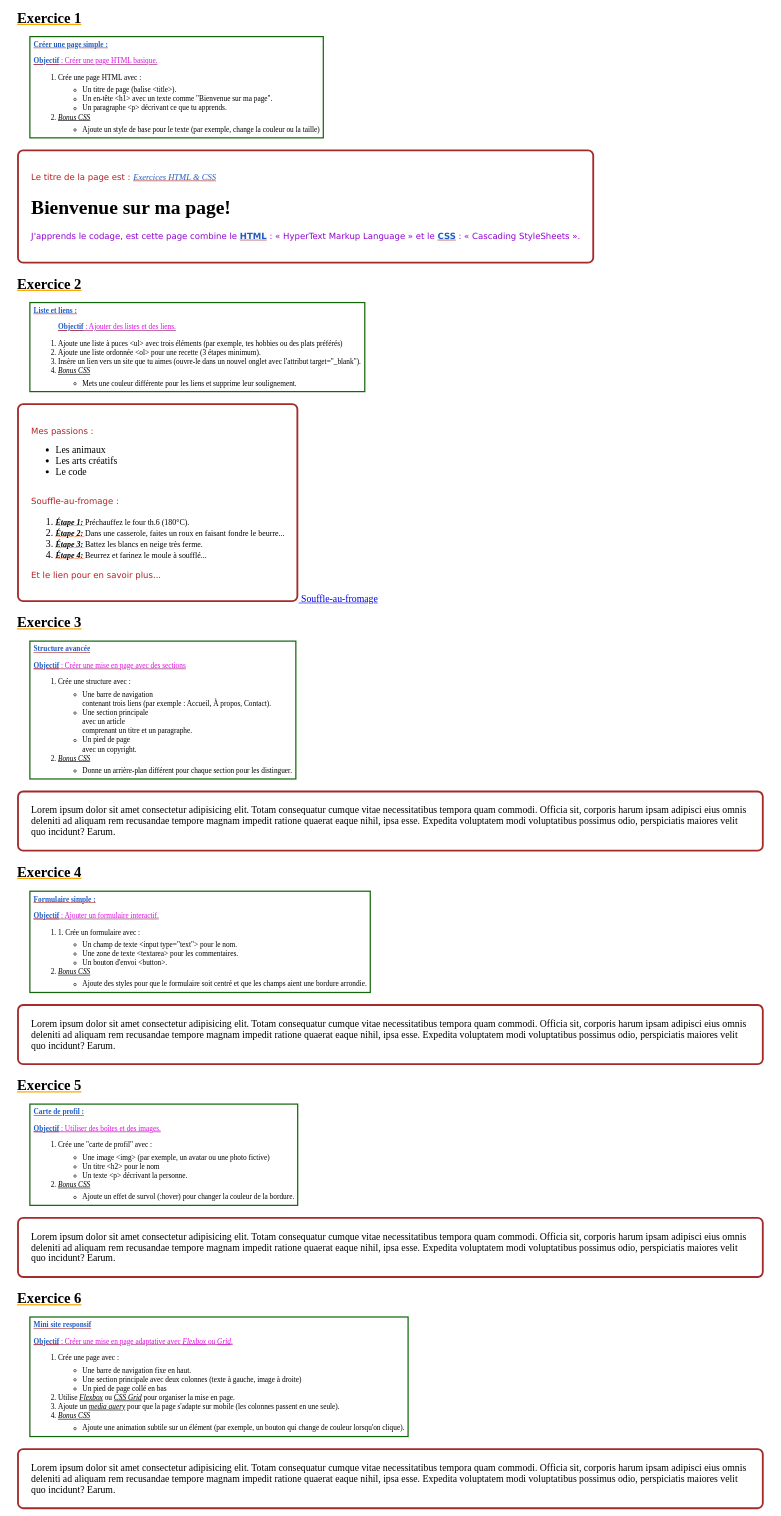
Repository: AnnaSpirit/Mimo_App
Page: Exercices_HTML&CSS.html
The author's editor kept a copy of each file at every save. The page is drawn from the files as they stood at one save, then again after the next save.
The browser window is 1280 px wide. The pictures show the whole page, at 61% of full size.

Above is the page before, as saved 2024-12-08 15:59:54.

### Exercices_HTML&CSS.html
<!DOCTYPE html>
<html lang="en">
<head>
    <meta charset="UTF-8">
    <meta name="viewport" content="width=device-width, initial-scale=1.0">
    <link rel="stylesheet" href="styleCSS.css">
    <title>Exercices HTML & CSS</title>
</head>
<body>
<div>
    <span class="Ex">
    <h1>Exercice 1</h1>
    <span class="Consigne"><b>Créer une page simple :</b><br>
        <p><b>Objectif</b> : Créer une page HTML basique.</p>
        <ol>
            <li>Crée une page HTML avec :
                <ul>
                    <li>Un titre de page (balise &lt;title&gt;).</li>
                    <li>Un en-tête &lt;h1&gt; avec un texte comme "Bienvenue sur ma page".</li>
                    <li>Un paragraphe &lt;p&gt; décrivant ce que tu apprends.</li>
                </ul>
            </li>
            <li><em>Bonus CSS</em>
                <ul>
                    <li>Ajoute un style de base pour le texte (par exemple, change la couleur ou la taille)</li>
                </ul>
            </li>
        </ol>
    </span>
    </span>
    <br>
    <br>
    <span class="Resultat">
        <div>
            <span>
                <p>Le titre de la page est : <em>Exercices HTML & CSS</em>
                <h1>Bienvenue sur ma page!</h1>
                <p id="apprend">
                    J'apprends le codage, est cette page combine le <b>HTML</b> : « HyperText Markup Language » et le <b>CSS</b> : « Cascading StyleSheets ».
                </p>
                </p>
            </span>
        </div>
    </span>

</div>
    <div>
        <span class="Ex">
        <h1>Exercice 2</h1>
        <span class="Consigne"><b>Liste et liens :</b>
        <ol>
            <p><b>Objectif</b> : Ajouter des listes et des liens.</p>
            <li>Ajoute une liste à puces &lt;ul&gt; avec trois éléments (par exemple, tes hobbies ou des plats préférés)</li>
            <li>Ajoute une liste ordonnée &lt;ol&gt; pour une recette (3 étapes minimum).</li>
            <li>Insère un lien <a> vers un site que tu aimes (ouvre-le dans un nouvel onglet avec l'attribut target="_blank").</li>
            <li><em>Bonus CSS</em>
                <ul>
                    <li>Mets une couleur différente pour les liens et supprime leur soulignement.</li>
                </ul>
            </li>
        </ol>
    </span>
    </span>
    <br>
    <br>
    <span class="Resultat">
        <p>Mes passions :</p>
        <ul>
            <li>Les animaux</li>
            <li>Les arts créatifs</li>
            <li>Le code</li>
        </ul><br>
        <p>Souffle-au-fromage :</p>
        <ol>
            <li><b class="etape">Étape 1: </b>
                <span class="a_faire">Préchauffez le four th.6 (180°C).</span>
            </li>
            <li><b class="etape">Étape 2: </b>
                <span class="a_faire">Dans une casserole, faites un roux en faisant fondre le beurre...</span>
            </li>
            <li><b class="etape">Étape 3: </b>
                <span class="a_faire">Battez les blancs en neige très ferme.</span>
            </li>
            <li><b class="etape">Étape 4: </b>
                <span class="a_faire">Beurrez et farinez le moule à soufflé...</span>
            </li>
        </ol>
        <p>
            <p>Et le lien pour en savoir plus...</p>
            <a href="https://www.cuisineaz.com/recettes/souffle-au-fromage-facile-et-rapide-50444.aspx#preparation" target="_blank">          Souffle-au-fromage</a></p>
        </p>
    </span>

    </div>
    <div>
        <span class="Ex">
        <h1>Exercice 3</h1>
        <span class="Consigne"><b>Structure avancée</b><br>
        <p><b>Objectif</b> : Créer une mise en page avec des sections</p>
        <ol>
            <li>Crée une structure avec :</li>
            <ul>
                <li>Une barre de navigation <nav> contenant trois liens (par exemple : Accueil, À propos, Contact).</li>
                <li>Une section principale <main> avec un article <article> comprenant un titre et un paragraphe.</li>
                <li>Un pied de page <footer> avec un copyright.</li>
            </ul>
            <li><em>Bonus CSS </em></li>
            <ul>
                <li>Donne un arrière-plan différent pour chaque section pour les distinguer.</li>
            </ul></li>
        </ol>
    </span>
    </span>
    <br>
    <br>
    <span class="Resultat">Lorem ipsum dolor sit amet consectetur adipisicing elit. Totam consequatur cumque vitae
        necessitatibus tempora quam commodi. Officia sit, corporis harum ipsam adipisci eius omnis deleniti ad aliquam rem
        recusandae tempore magnam impedit ratione quaerat eaque nihil, ipsa esse. Expedita voluptatem modi voluptatibus
        possimus odio, perspiciatis maiores velit quo incidunt? Earum.</span>
    </div>
    <div>
        <span class="Ex">
        <h1>Exercice 4</h1>
    <span class="Consigne"><b>Formulaire simple :</b><br>
        <p><b>Objectif</b> : Ajouter un formulaire interactif.</p>
        <ol>
            <li>1. Crée un formulaire avec :</li>
                <ul>
                    <li>Un champ de texte &lt;input type="text"&gt; pour le nom.</li>
                    <li>Une zone de texte &lt;textarea&gt; pour les commentaires.</li>
                    <li>Un bouton d'envoi &lt;button&gt;.</li>
                </ul>
            </li>
            <li><em>Bonus CSS</em>
                <ul>
                    <li>Ajoute des styles pour que le formulaire soit centré et que les champs aient une bordure arrondie.</li>
                </ul>
            </li>
        </ol>
        </span>
        </span>
        <br>
        <br>
        <span class="Resultat">Lorem ipsum dolor sit amet consectetur adipisicing elit. Totam consequatur cumque vitae
            necessitatibus tempora quam commodi. Officia sit, corporis harum ipsam adipisci eius omnis deleniti ad aliquam rem
            recusandae tempore magnam impedit ratione quaerat eaque nihil, ipsa esse. Expedita voluptatem modi voluptatibus
            possimus odio, perspiciatis maiores velit quo incidunt? Earum.</span>
        </div>
    </div>
    <div>
        <span class="Ex">
        <h1>Exercice 5</h1>
        <span class="Consigne"><b>Carte de profil :</b><br>
            <p><b>Objectif</b> : Utiliser des boîtes et des images.</p>
            <ol>
                <li>Crée une "carte de profil" avec :</li>
                    <ul>
                        <li>Une image &lt;img&gt; (par exemple, un avatar ou une photo fictive)</li>
                    <li>Un titre &lt;h2&gt; pour le nom</li>
                    <li>Un texte &lt;p&gt; décrivant la personne.</li>
                    </ul>
                <li><em>Bonus CSS</em></li>
                    <ul><li>Ajoute un effet de survol (:hover) pour changer la couleur de la bordure.</li></ul>
                </li>
            </ol>
            </span>
            </span>
            <br>
            <br>
            <span class="Resultat">Lorem ipsum dolor sit amet consectetur adipisicing elit. Totam consequatur cumque vitae
                necessitatibus tempora quam commodi. Officia sit, corporis harum ipsam adipisci eius omnis deleniti ad aliquam rem
                recusandae tempore magnam impedit ratione quaerat eaque nihil, ipsa esse. Expedita voluptatem modi voluptatibus
                possimus odio, perspiciatis maiores velit quo incidunt? Earum.</span>
    </div>
    <div>
        <span class="Ex">
        <h1>Exercice 6</h1>
    <span class="Consigne"><b>Mini site responsif</b><br>
        <p><b>Objectif</b> : Créer une mise en page adaptative avec <em class="select">Flexbox</em> ou <em class="select">Grid</em>.
    <ol>
        <li>Crée une page avec :</li>
            <ul>
                <li>Une barre de navigation fixe en haut.</li>
                <li>Une section principale avec deux colonnes (texte à gauche, image à droite)</li>
                <li>Un pied de page collé en bas</li>
            </ul>
        </li>
        <li>Utilise <em class="select">Flexbox</em> ou <em class="select">CSS Grid</em> pour organiser la mise en page.</li>
        <li>Ajoute un <em class="select">media query</em> pour que la page s'adapte sur mobile (les colonnes passent en une seule).</li>
        <li><em>Bonus CSS</em>
            <ul>
                <li>Ajoute une animation subtile sur un élément (par exemple, un bouton qui change de couleur lorsqu'on clique).</li>
            </ul>
        </li>
    </ol>
    </span>
    </span>
    <br>
    <br>
    <span class="Resultat">Lorem ipsum dolor sit amet consectetur adipisicing elit. Totam consequatur cumque vitae
        necessitatibus tempora quam commodi. Officia sit, corporis harum ipsam adipisci eius omnis deleniti ad aliquam rem
        recusandae tempore magnam impedit ratione quaerat eaque nihil, ipsa esse. Expedita voluptatem modi voluptatibus
        possimus odio, perspiciatis maiores velit quo incidunt? Earum.</span>
    </div>
</body>
</html>

### styleCSS.css
html{
    margin: 0 20px 0 20px;
}
.Ex{
    font-size: 12px;
}
.Ex h1{
    font-weight: bold;
    font-size: x-large;
    text-decoration: underline orange;
}
.Ex .Consigne{
    border: 2px solid rgb(18, 103, 10);
        /* Une bordure noire de 2px */
    padding: 5px;
        /* Espace entre le texte et la bordure */
    display: inline-block;
        /* S'assurer que la bordure s'adapte au texte */
    margin: 0 20px;
            /* Décalage de 20px à droite et à gauche */
}
.Ex p{
    text-decoration: underline rgb(149, 18, 112);
    color: rgb(228, 7, 228);
}
.Ex ol,ul {
    margin-top: 5px;
    margin-bottom: 0;
}
.EX b, em{
    font-family: fantasy;
    text-decoration: underline;
}
.EX .select{
    font-style: oblique;
}



.Resultat{
    border: 3px solid brown;
    /* Une bordure noire de 2px */
    padding: 20px;
    /* Espace entre le texte et la bordure */
    border-radius: 10px;
    /* Coins arrondis */
    display: inline-block;
    /* S'assurer que la bordure s'adapte au texte */
    margin: 0 px 0 px;
    overflow: hidden;
    /* Empêche les enfants de déborder */
}
.Resultat p{
    font-family: 'Lucida Sans', 'Lucida Sans Regular', 'Lucida Grande', 'Lucida Sans Unicode', Geneva, Verdana, sans-serif;
    font-size: 14px;
    color: firebrick;
}
.Resultat em, b{
    color: rgb(33, 92, 196);
    text-decoration: underline brown;
}
.Resultat #apprend{
    color: darkviolet;

}
.Resultat .a_faire, .etape {
    font-family:'Times New Roman', Times, serif;
    color: black;
    font-size: small;
    text-decoration: none;

}
.Resultat .etape {
    font-style: italic;
    text-decoration: underline dotted orangered;
}
.Resultat a {
    color: blue;
    text-decoration: underline;
}

After the next save:
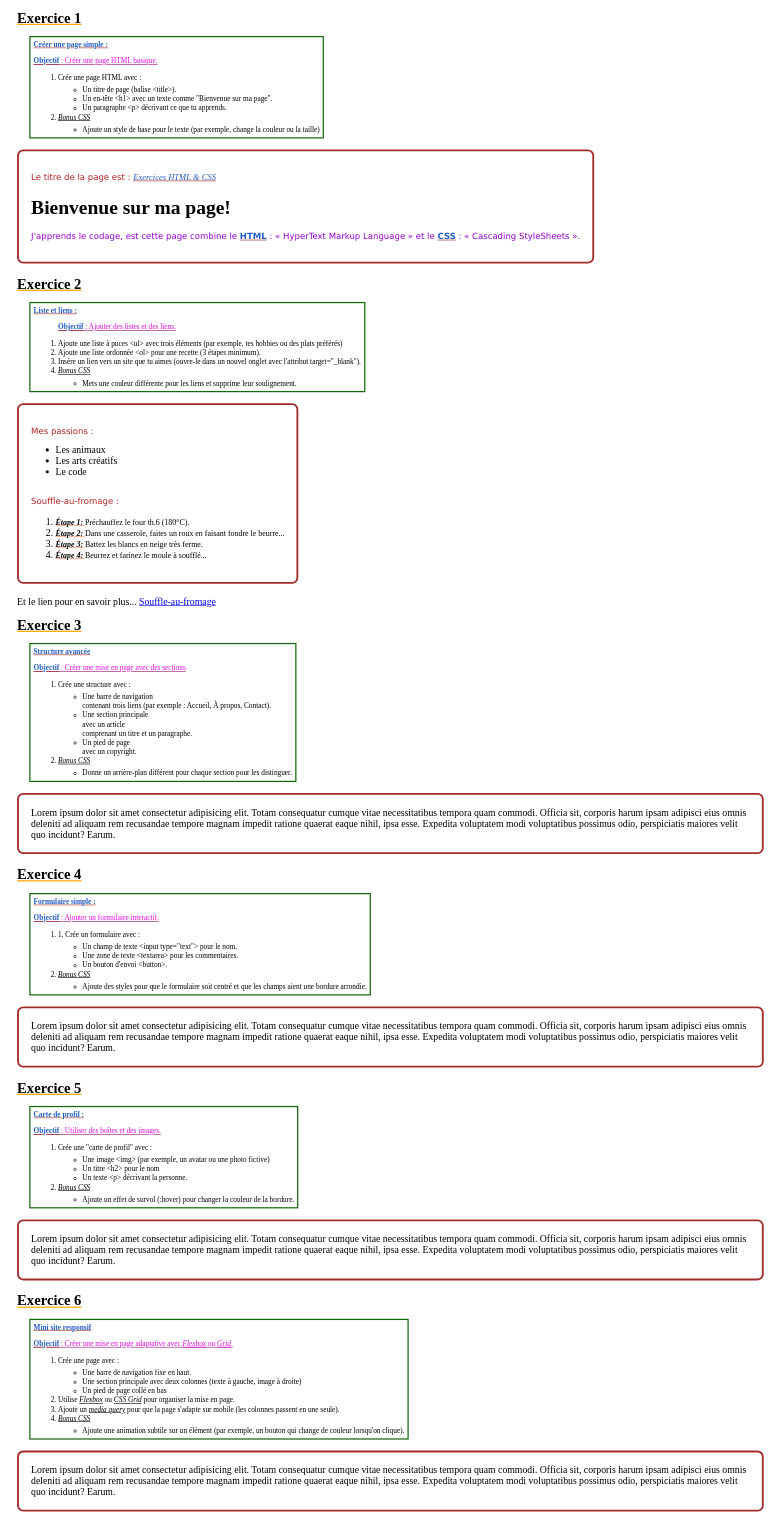
Saved 31 s later.
--- a/Exercices_HTML&CSS.html
+++ b/Exercices_HTML&CSS.html
@@ -86,7 +86,7 @@
             </li>
         </ol>
         <p>
-            <p>Et le lien pour en savoir plus...</p>
+            <p>Et le lien pour en savoir plus...
             <a href="https://www.cuisineaz.com/recettes/souffle-au-fromage-facile-et-rapide-50444.aspx#preparation" target="_blank">          Souffle-au-fromage</a></p>
         </p>
     </span>

After the save that followed:
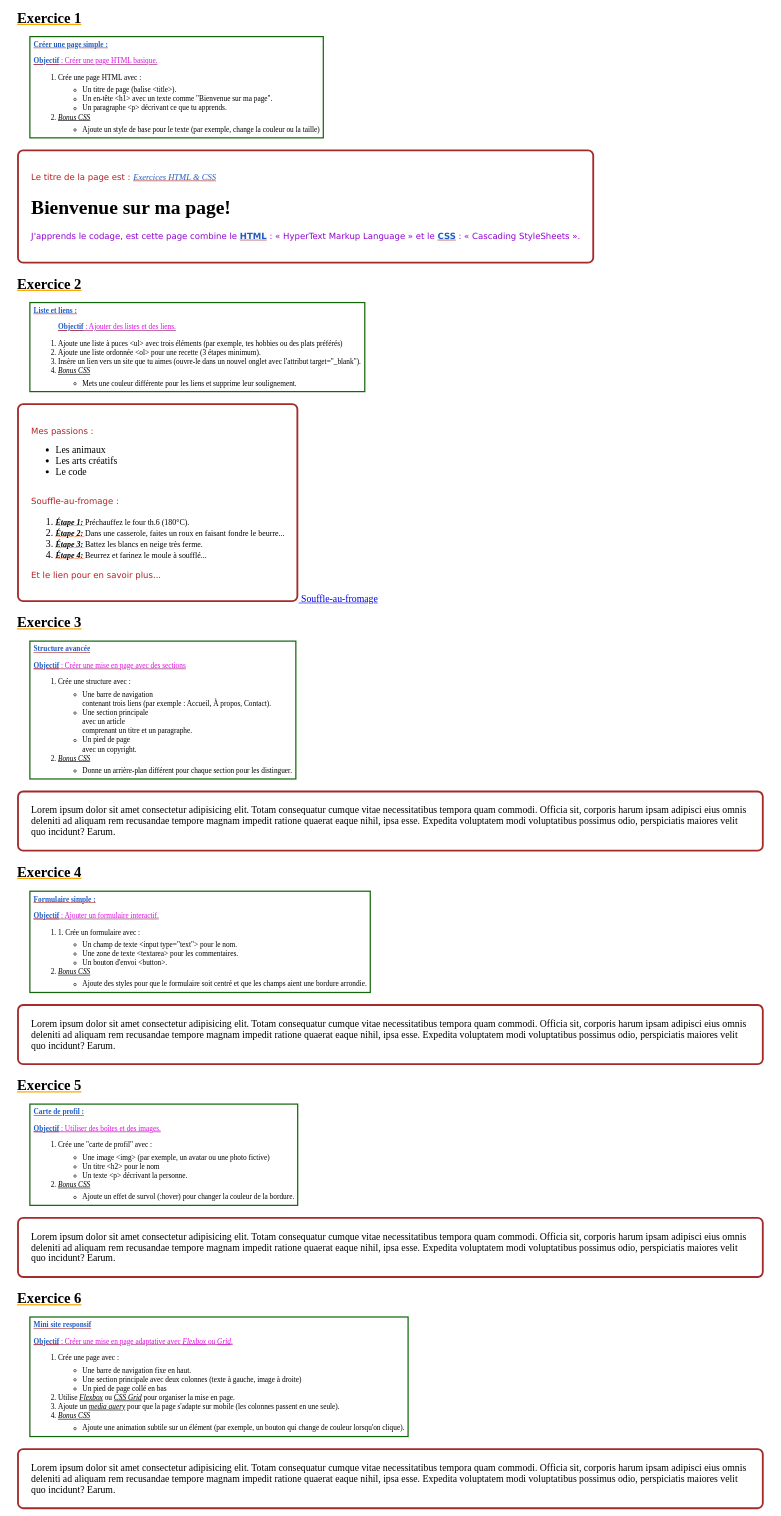
Saved 5 s later.
--- a/Exercices_HTML&CSS.html
+++ b/Exercices_HTML&CSS.html
@@ -86,7 +86,7 @@
             </li>
         </ol>
         <p>
-            <p>Et le lien pour en savoir plus...
+            <p>Et le lien pour en savoir plus...</p>
             <a href="https://www.cuisineaz.com/recettes/souffle-au-fromage-facile-et-rapide-50444.aspx#preparation" target="_blank">          Souffle-au-fromage</a></p>
         </p>
     </span>
